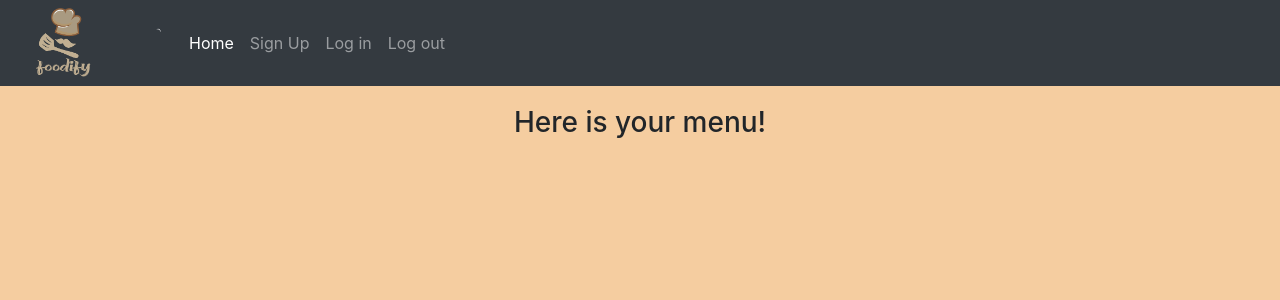
Repository: RanaHisham18/Foodify-Web-App
Page: Project IA raghda/usermenu.html
An editor plug-in stored every save of this project. The page is shown before and after the next save, followed by the edit.
The browser window is 1280 px wide. The pictures show the whole page.

Above is the page before, as saved 2022-01-06 18:18:13.

### Project IA raghda/usermenu.html
<!DOCTYPE html>
<html lang="en">
<head>
    <meta charset="UTF-8">
    <meta http-equiv="X-UA-Compatible" content="IE=edge">
    <meta name="viewport" content="width=device-width, initial-scale=1.0">
    <link rel="stylesheet" href="https://maxcdn.bootstrapcdn.com/bootstrap/4.0.0/css/bootstrap.min.css"
     integrity="sha384-Gn5384xqQ1aoWXA+058RXPxPg6fy4IWvTNh0E263XmFcJlSAwiGgFAW/dAiS6JXm" crossorigin="anonymous">
     <link rel ="stylesheet" href="usermenu.css">
    <title>Document</title>
</head>
<body>
    <!--Navigation Bar-->
 <nav class="navbar navbar-expand-lg navbar-dark bg-dark sticky-top">
    <img class="image" src="images/foodify.png" alt="Foodify logo">

       <button class="navbar-toggler" type="button" data-bs-toggle="collapse" data-bs-target="#navbarScroll" aria-controls="navbarScroll" aria-expanded="false" aria-label="Toggle navigation">
         <span class="navbar-toggler-icon"></span>
       </button>
     <div class="container-fluid">
         <div class="collapse navbar-collapse" id="navbarScroll">
           <ul class="navbar-nav me-auto my-2 my-lg-0 navbar-nav-scroll" style="--bs-scroll-height: 100px;">
             <li class="nav-item">
               <a class="nav-link active" aria-current="page" href="home.php">Home</a>
             </li>
             <li class="nav-item">
               <a class="nav-link" href="register.php">Sign Up</a>
             </li>
             <li class="nav-item">
               <a class="nav-link" href="login.php">Log in</a>
             </li>
             <li class="nav-item">
               <a class="nav-link" href="login.php">Log out</a>

             </li>
           </ul>

         </div>
       </div>
   </nav>

   <h3>Here is your menu!</h3>
</body>
</html>

### Project IA raghda/usermenu.css
.image{
    cursor: pointer;
    height:70px;
     width:130px;
    margin-left: 20px;
  }
  .scroll{
      margin-top:200px;
      margin-left:50px;
  }
body
{
    background-color: #f5cda0;
}
h3{
    text-align: center;
    margin-top:  20px;
}

After the next save:
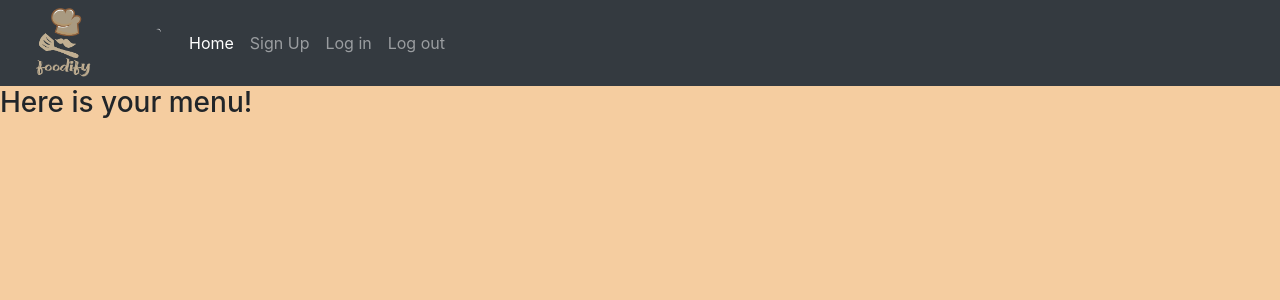
Saved 8 s later.
--- a/Project IA raghda/usermenu.css
+++ b/Project IA raghda/usermenu.css
@@ -12,7 +12,7 @@ body
 {
     background-color: #f5cda0;
 }
-h3{
+h2{
     text-align: center;
     margin-top:  20px;
 }
